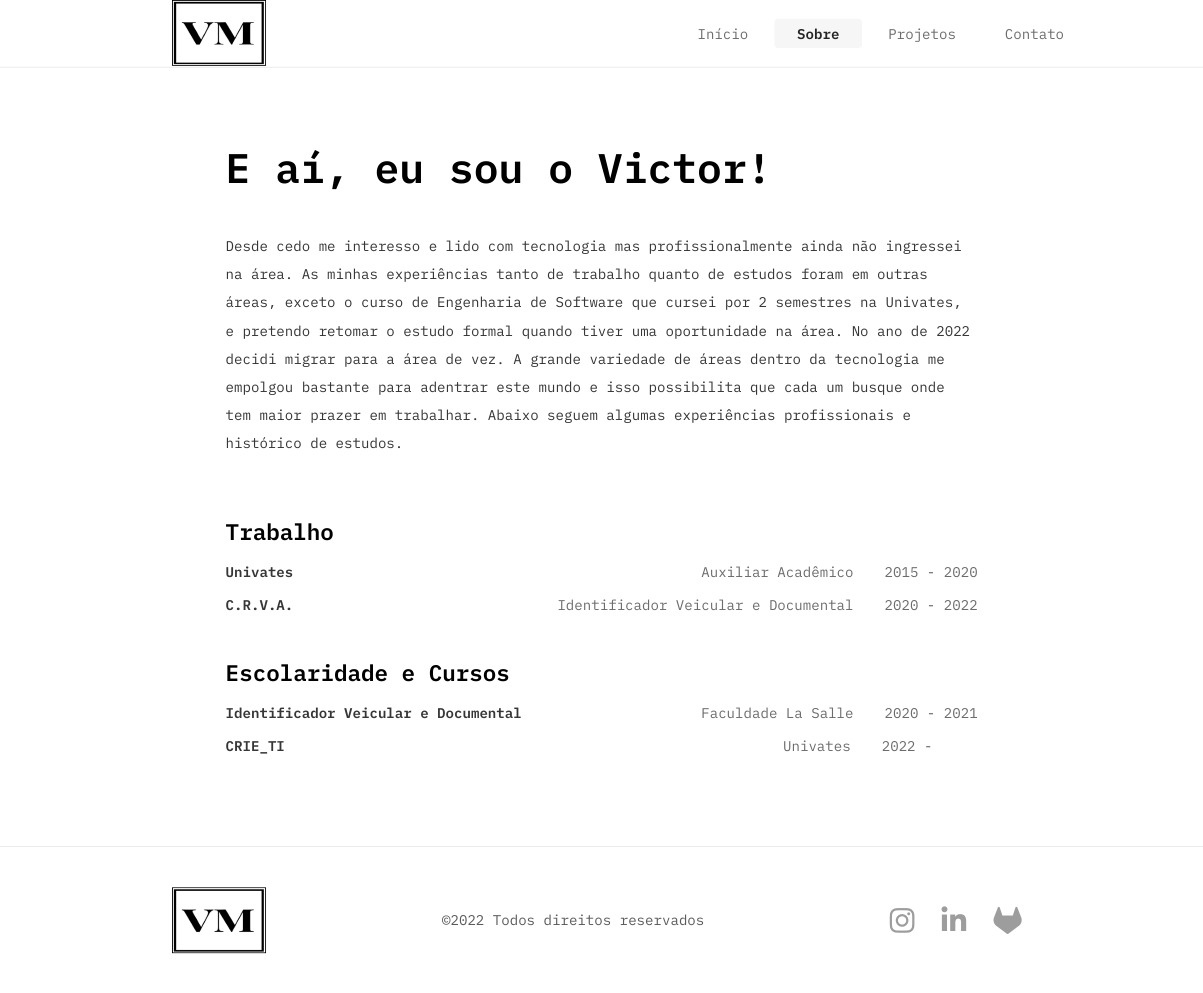
Repository: viictormatias/viictormatias.github.io
Page: about.html
An editor plug-in stored every save of this project. The page is shown before and after the next save, followed by the edit.
The browser window is 1280 px wide. The pictures show the whole page, at 94% of full size.
Some web libraries are served in a nearby version.

Above is the page before, as saved 2023-01-23 09:45:03.

After the next save:
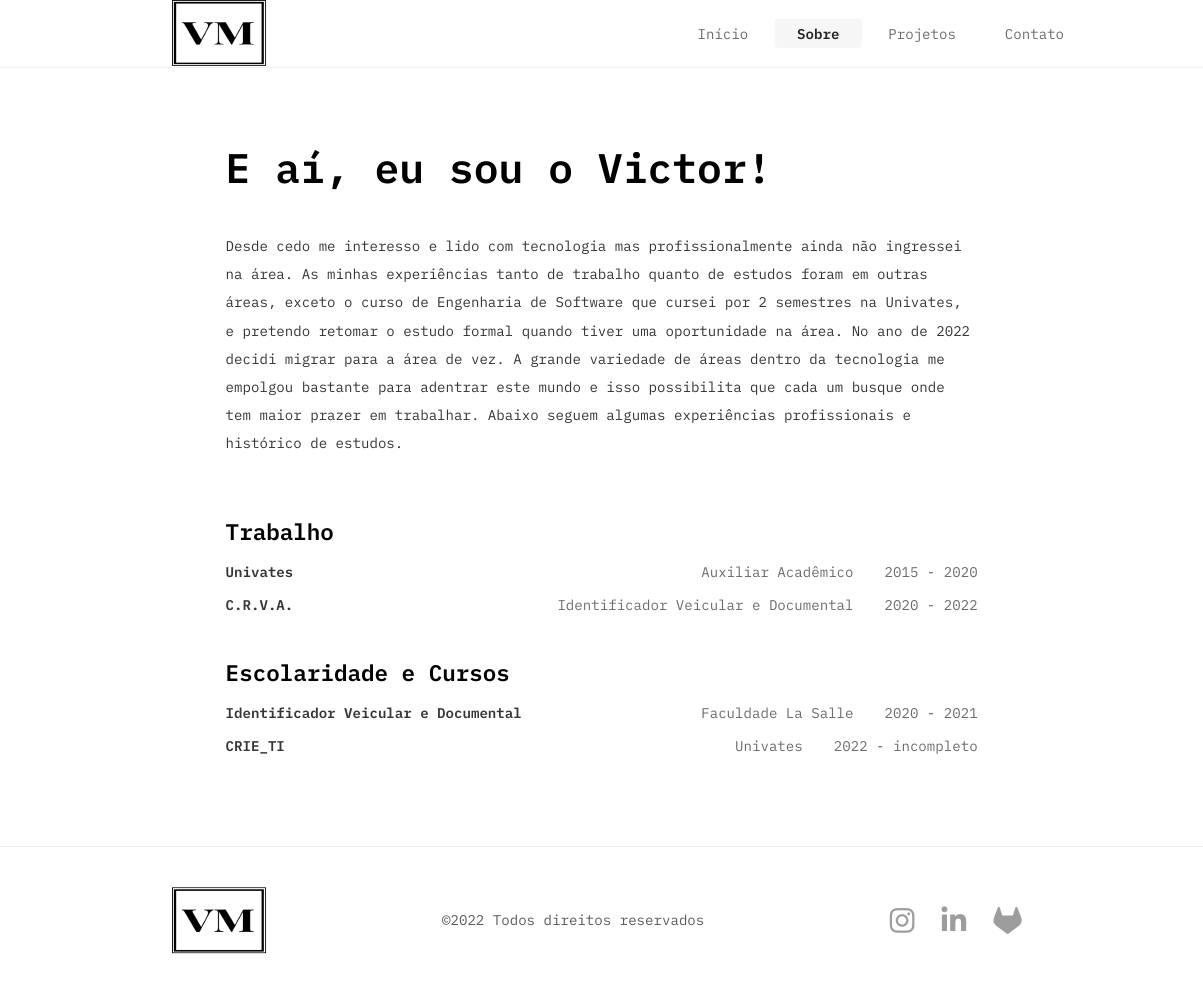
Saved 49 s later.
--- a/about.html
+++ b/about.html
@@ -87,7 +87,7 @@
         </div>
         <div class="jobs">
             <span class="company">CRIE_TI</span>
-            <span class="position">Univates  &emsp; 2022 - &emsp;&emsp;&nbsp;</span>
+            <span class="position">Univates  &emsp; 2022 - incompleto</span>
         </div>
     </section>
 </body>

After the save that followed:
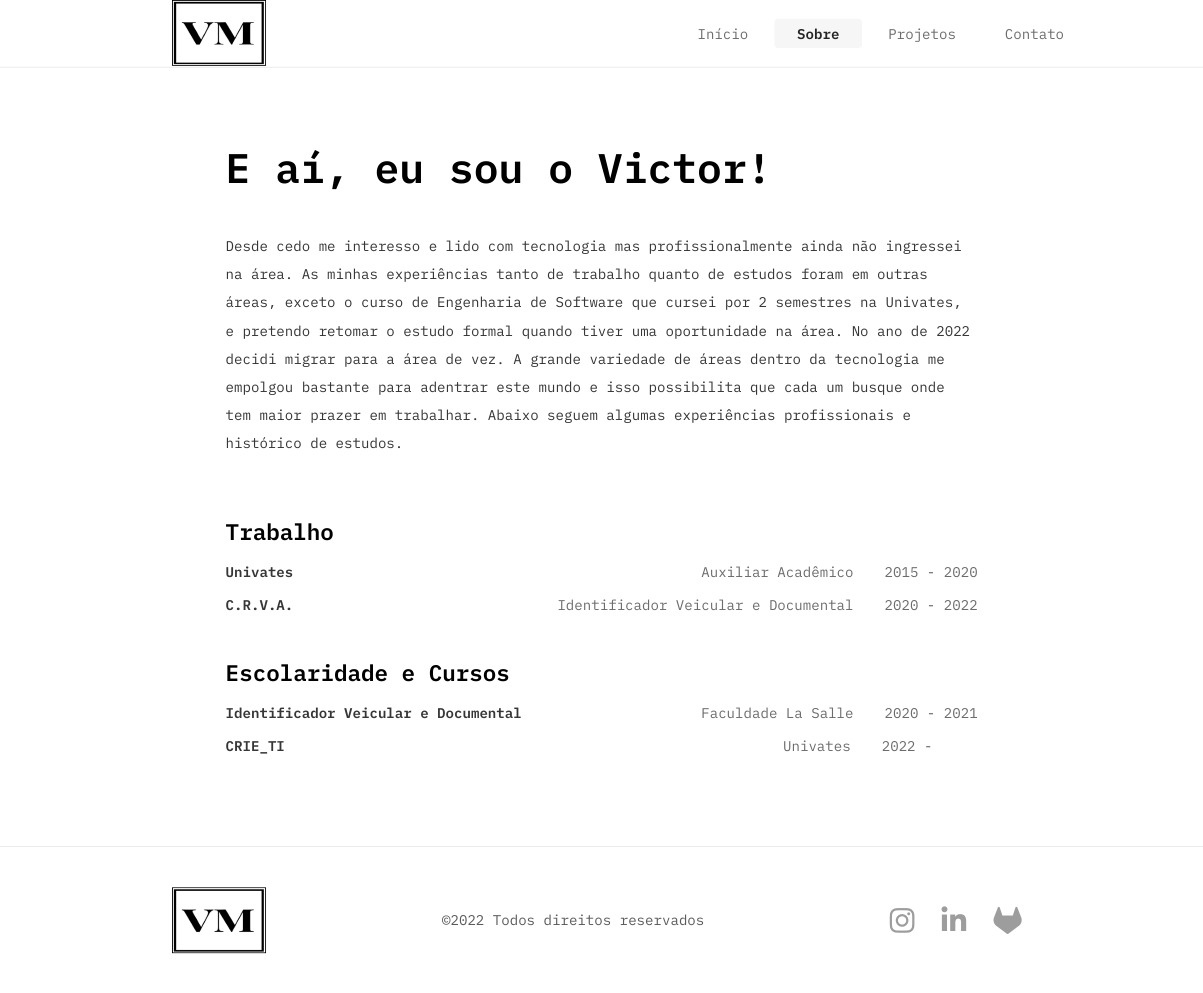
Saved 19 s later.
--- a/about.html
+++ b/about.html
@@ -87,7 +87,7 @@
         </div>
         <div class="jobs">
             <span class="company">CRIE_TI</span>
-            <span class="position">Univates  &emsp; 2022 - incompleto</span>
+            <span class="position">Univates  &emsp; 2022 - &emsp;&emsp;&nbsp;</span>
         </div>
     </section>
 </body>
